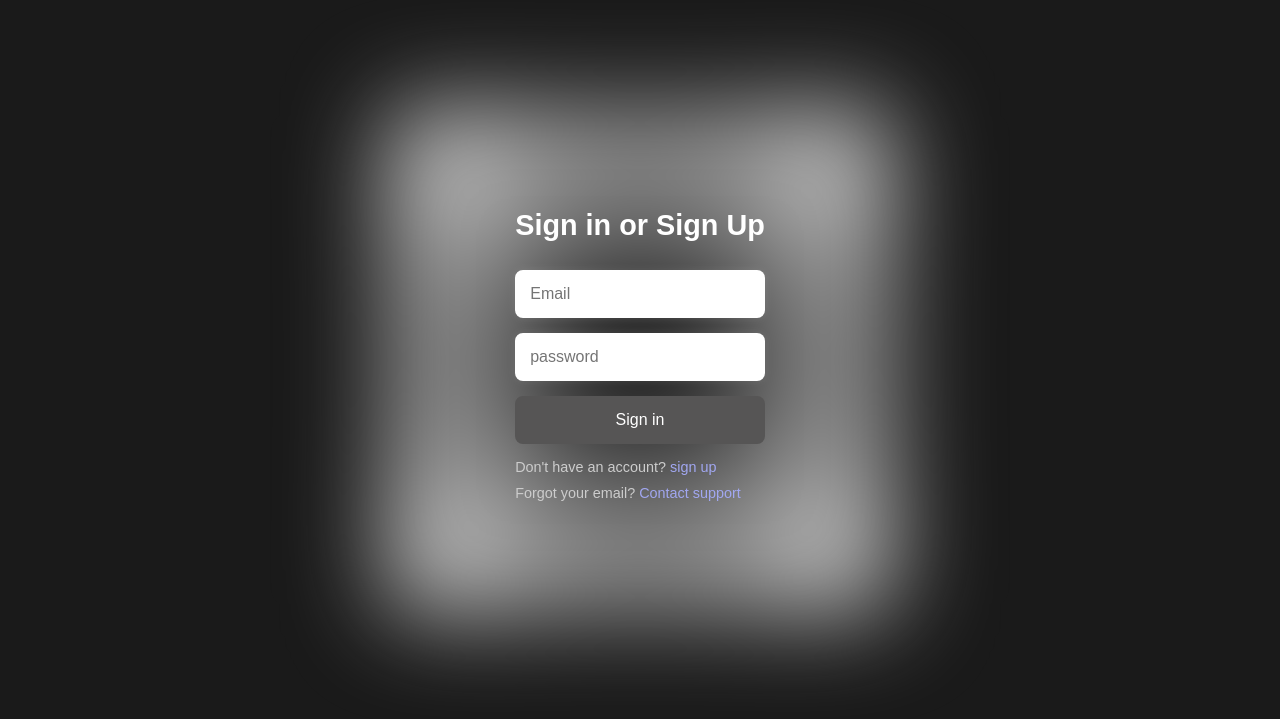
Repository: cmd-keyu/mobileppsh
Page: pages/login.html
The author's editor kept a copy of each file at every save. The page is drawn from the files as they stood at one save, then again after the next save.
The browser window is 1280 px wide. The pictures show the whole page.

Above is the page before, as saved 2024-11-12 00:21:45.

### pages/login.html
<!DOCTYPE html>
<html lang="en">
<head>
  <meta charset="UTF-8">
  <meta name="viewport" content="width=device-width, initial-scale=1.0">
  <title>Sign In Form</title>
  <link rel="stylesheet" href="../css/login.css">
  <script src="../javascript/login.js" defer></script>
</head>
<body>
  <div class="container">
    <div class="glow-box">
      <h2 style="color: white;">Sign in or Sign Up</h2>
      <br>
      <!-- <p>All that is required is only your email for sign-up or sign-in!!</p> -->
      <form action="account.html">
        <div class="sign-up">
            <input type="text" placeholder="name" class="disabled-btn">
            <br>
            <br>
            <input type="text" placeholder="address (Optional)">
            <br>
            </div>
        <input type="email" placeholder="Email" required>
        <input type="password" placeholder="password" required>
        <button type="submit" class="sign-in-btn-hide">Sign in</button>
        <button type="submit" class="sign-up-btn-hide">Sign up</button>
      </form>
      <div class="support">
        <p class="sign-up-text-hide">Don't have an account? <label for="sign-up-btn" class="colorsnup">sign up</label><button class="sign-up-btn hide-btn2" id="sign-up-btn">sign up</button></p>
        <p class="sign-in-text-hide">Already have an account? <label for="sign-in-btn" class="colorsnup">sign in</label><button class="sign-in-btn hide-btn2" id="sign-in-btn">sign in</button></p>
        <p>Forgot your email? <a href="#">Contact support</a></p>
      </div>
    </div>
  </div>
</body>
</html>

### css/login.css
* {
    margin: 0;
    padding: 0;
    box-sizing: border-box;
    font-family: Arial, sans-serif;
  }

  body {
    display: flex;
    justify-content: center;
    align-items: center;
    height: 100vh;
    background-color: #1a1a1a;
  }

  .container {
    display: flex;
    justify-content: center;
    align-items: center;
    height: 100%;
  }

  .glow-box::before {
    content: '';
    position: absolute;
    top: 50%;
    left: 50%;
    width: 500px;
    height: 500px;
    background: radial-gradient(circle, black, white);
    transform: translate(-50%, -50%);
    z-index: -1;
    border-radius: 5%;
    filter: blur(50px);
  }

  h2 {
    font-size: 1.8em;
    margin-bottom: 10px;
  }
  label:hover{

    text-decoration: underline;

  }

  p {
    margin-bottom: 10px;
    font-size: 0.9em;
    color: #ccc;
  }

  form {
    display: flex;
    flex-direction: column;
    gap: 15px;
  }

  input[type="email"] {
    padding: 15px;
    font-size: 1em;
    border: none;
    border-radius: 8px;
    outline: none;
    width: 100%;
    box-shadow: 0 0 8px rgba(255, 255, 255, 0.1);
  }
  input[type="password"] {
    padding: 15px;
    font-size: 1em;
    border: none;
    border-radius: 8px;
    outline: none;
    width: 100%;
    box-shadow: 0 0 8px rgba(255, 255, 255, 0.1);
  }

  input[type="text"] {
    padding: 15px;
    font-size: 1em;
    border: none;
    border-radius: 8px;
    outline: none;
    width: 100%;
    box-shadow: 0 0 8px rgba(255, 255, 255, 0.1);
  }

  button {
    padding: 15px;
    font-size: 1em;
    background-color: rgb(86, 85, 85);
    color: #fff;
    border: none;
    border-radius: 8px;
    cursor: pointer;
    transition: background 0.3s;
  }

  button:hover {
    background-color: #4a3bdb;
  }

  .support {
    margin-top: 15px;
  }

  .support a {
    color: #a1a7f1;
    text-decoration: none;
  }

  .support a:hover {
    text-decoration: underline;
  }

  .sign-up{
    display: none;
  }

  .colorsnup{
    color: #a1a7f1;
  }

  .sign-up-btn-hide{
    display: none;
  }

  .hide-btn2{
    display: none;
  }

  .sign-in-text-hide{
    display: none;
  }

### javascript/login.js

const sign_up = document.querySelector('.sign-up')
const sign_up_btn = document.querySelector('.sign-up-btn')
const sign_in_btn = document.querySelector('.sign-in-btn')
const sign_in_btn_hide = document.querySelector('.sign-in-btn-hide')
const sign_up_btn_hide = document.querySelector('.sign-up-btn-hide')
const sign_in_text_hide = document.querySelector('.sign-in-text-hide')
const sign_up_text_hide = document.querySelector('.sign-up-text-hide')
const disabled_btn = document.querySelector('.disabled-btn')

sign_up_btn.addEventListener("click", () => {

  sign_up.style.display = 'block'
  sign_in_btn_hide.style.display = 'none'
  sign_up_btn_hide.style.display = 'block'
  sign_in_text_hide.style.display = 'block'
  sign_up_text_hide.style.display = 'none'
  disabled_btn.setAttribute('required', true)

})

sign_in_btn.addEventListener("click", () => {

  sign_up.style.display = 'none'
  sign_in_btn_hide.style.display = 'block'
  sign_up_btn_hide.style.display = 'none'
  sign_in_text_hide.style.display = 'none'
  sign_up_text_hide.style.display = 'block'
  disabled_btn.setAttribute('required', false)

})

After the next save:
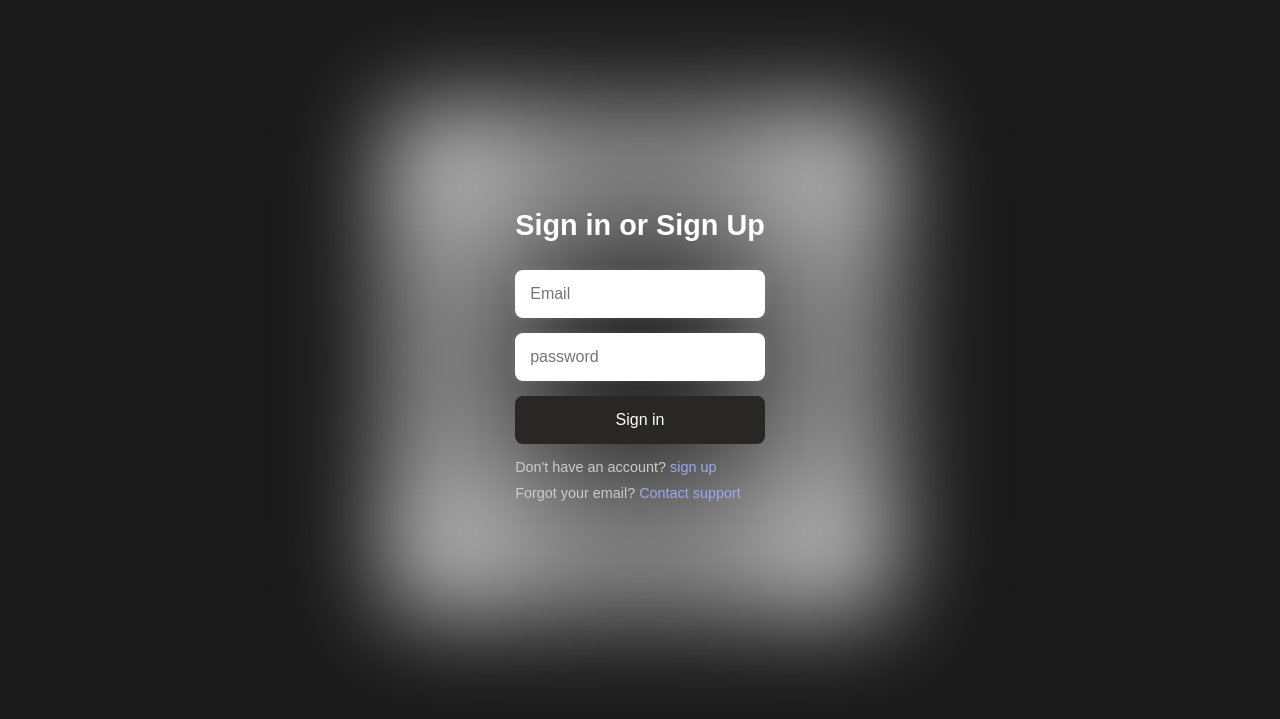
Saved 6 s later.
--- a/css/login.css
+++ b/css/login.css
@@ -88,7 +88,7 @@
   button {
     padding: 15px;
     font-size: 1em;
-    background-color: rgb(86, 85, 85);
+    background-color: rgb(41, 38, 38);
     color: #fff;
     border: none;
     border-radius: 8px;
